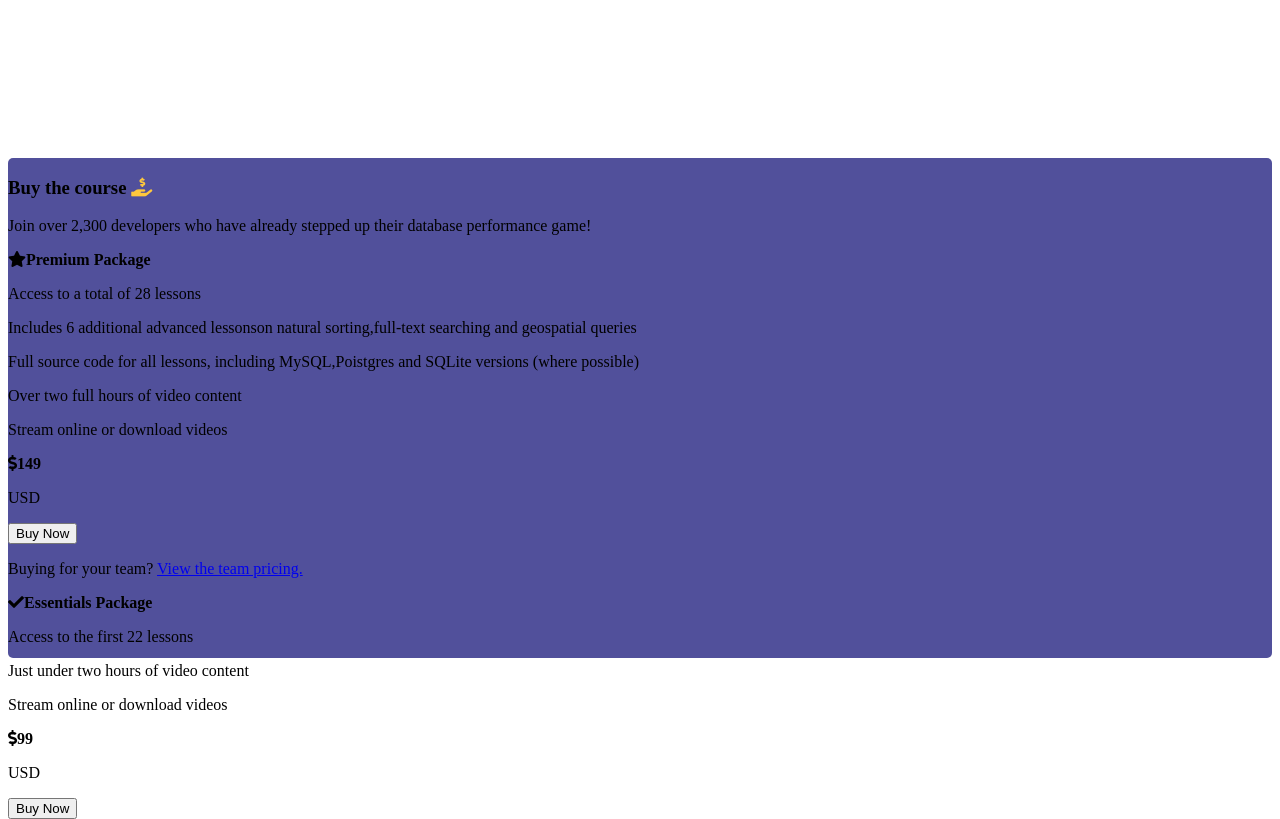
Repository: Z-ayat/Challenges
Page: Challenge 4/index.html
The author's editor kept a copy of each file at every save. The page is drawn from the files as they stood at one save, then again after the next save.
The browser window is 1280 px wide. The pictures show the whole page.

Above is the page before, as saved 2021-09-07 00:41:40.

### Challenge 4/index.html
<!DOCTYPE html>

<head>
    <meta charset="UTF-8">
    <title>Course Offer Box</title>
    <link rel="stylesheet" href="styling/css/master.css">
    <link rel="stylesheet" href="styling/css/all.min.css">
    <link rel="preconnect" href="https://fonts.googleapis.com">
    <link rel="preconnect" href="https://fonts.gstatic.com" crossorigin>
    <link href="https://fonts.googleapis.com/css2?family=Cairo:wght@400;600;700;900&display=swap" rel="stylesheet">
</head>

<body>
    <div class="container">
        <div class="layout">
            <h3>Buy the course <i class="fas fa-hand-holding-usd" style="color: #FFC83D;"></i></h3>
            <p class="join">Join over 2,300 developers who have already stepped up their database performance game!</p>
        </div>
        <div class="prem-pack">
            <i class="fas fa-star">Premium Package</i>
            <p class="specs">Access to a total of 28 lessons</p>
            <p class="specs"><span class="import">Includes 6 additional advanced lessons</span>on natural sorting,full-text searching and geospatial queries</p>
            <p class="specs"><span class="import"> Full source code for all lessons, including MySQL,Poistgres and SQLite versions (where possible)</span></p>
            <p class="specs">Over two full hours of video content</p>
            <p class="specs">Stream online or download videos</p>
            <i class="fas fa-dollar-sign">149</i>
            <p class="usd">USD</p>
            <button>Buy Now</button>
            <p>Buying for your team? <a href="#">View the team pricing.</a></p>
        </div>
        <div class="ess-pack">
            <i class="fas fa-check">Essentials Package</i>
            <p class="specs"><span class="import">Access to the first 22 lessons</span></p>
            <p class="specs">Just under two hours of video content</p>
            <p class="specs">Stream online or download videos</p>
            <i class="fas fa-dollar-sign">99</i>
            <p class="usd">USD</p>
            <button>Buy Now</button>
        </div>
    </div>
</body>

</html>

### Challenge 4/styling/css/master.css
* {
    box-sizing: border-box;
}

body {
    position: relative;
    height: 800px;
}

.container {
    position: absolute;
    top: 50%;
    left: 50%;
    transform: translate(-50%, -50%);
    background-color: #51509B;
    width: 100%;
    height: 500px;
    display: grid;
    border-radius: 5px;
}

Loaded but not shown: Challenge 4/styling/css/all.min.css (library)

After the next save:
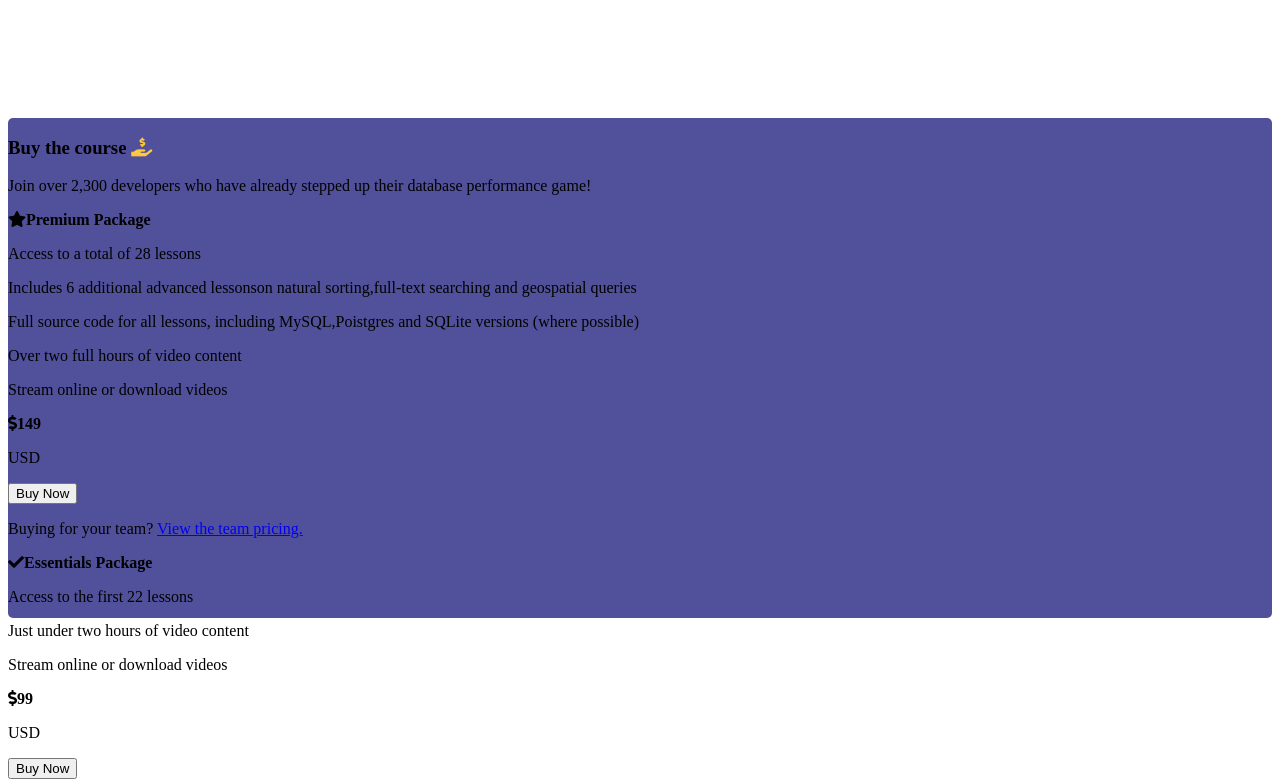
Saved 8 s later.
--- a/Challenge 4/styling/css/master.css
+++ b/Challenge 4/styling/css/master.css
@@ -4,7 +4,7 @@
 
 body {
     position: relative;
-    height: 800px;
+    height: 100vh;
 }
 
 .container {
